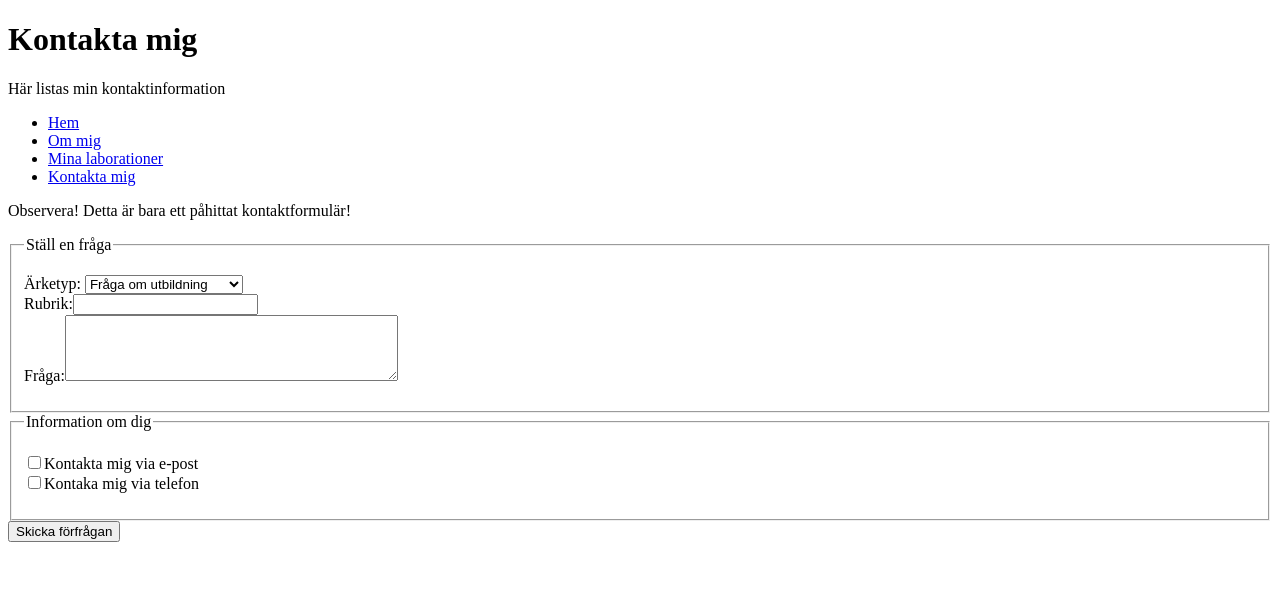
Repository: Holmewi/1ik415-jh222qr-laborationer
Page: pages/kontakt.html
The author's editor kept a record of every edit. The page is drawn from the files as they stood at one moment, then again after the next edit.
The browser window is 1280 px wide. The pictures show the whole page.

Above is the page before.

### pages/kontakt.html
<!DOCTYPE HTML>
<html>
    <head>
        <meta charset="utf-8">
        <title>Kontakta mig - Här listas min kontaktinformation</title>
    </head>
    <body>
        <h1>Kontakta mig</h1>
        <p>Här listas min kontaktinformation</p>

        <div>
            <ul>
                <li><a href="../index.html">Hem</a></li>
                <li><a href="presentation.html">Om mig</a></li>
                <li><a href="laborationer.html">Mina laborationer</a></li>
                <li><a href="kontakt.html">Kontakta mig</a></li>
            </ul>
        </div>

        <p>Observera! Detta är bara ett påhittat kontaktformulär!</p>

        <form id="input" action="http://voyager.lnu.se/tekinet/kurser/dtt/wp_webbintro/form.php" method="post">
            <fieldset>
                <legend>Ställ en fråga</legend>
                <p>
                Ärketyp:
                <select>
                    <option value="utbildning">Fråga om utbildning</option>
                    <option value="kurs">Fråga om kurs</option>
                    <option value="hyra">Fråga om anställning</option>
                    <option value="webbplatsen">Fråga om webbplatsen</option>
                    <option value="privat">Ställ en privat fråga</option>
                </select>
                <br>
                Rubrik:<input type="text" id="header"/>
                <br>
                Fråga:<textarea id="question" rows="4" cols="39"></textarea>
                </p>
            </fieldset>
            <fieldset>
                <legend>Information om dig</legend>
                <p>
                <input type="checkbox" id="e-post"/>Kontakta mig via e-post<br>
                <input type="checkbox" id="telefon"/>Kontaka mig via telefon<br>
            </fieldset>
            <input type="Submit" value="Skicka förfrågan">
        </form>


    </body>
</html>

After the next edit:
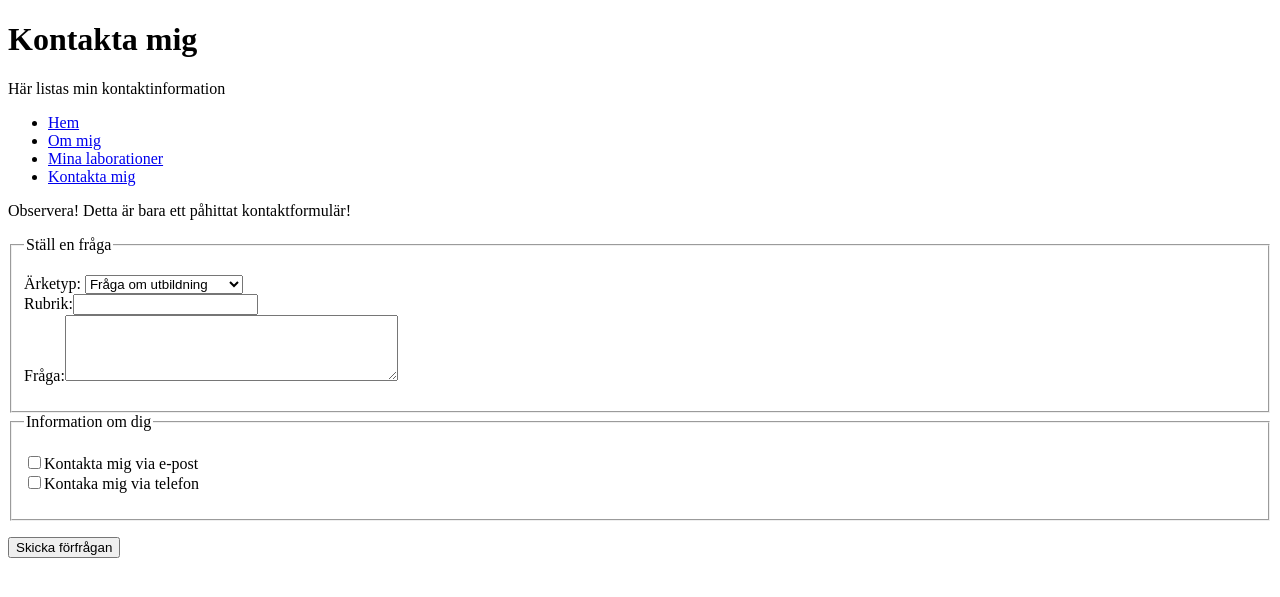
The edit:
--- a/pages/kontakt.html
+++ b/pages/kontakt.html
@@ -42,7 +42,9 @@
                 <p>
                 <input type="checkbox" id="e-post"/>Kontakta mig via e-post<br>
                 <input type="checkbox" id="telefon"/>Kontaka mig via telefon<br>
+
             </fieldset>
+            </p>
             <input type="Submit" value="Skicka förfrågan">
         </form>
 
